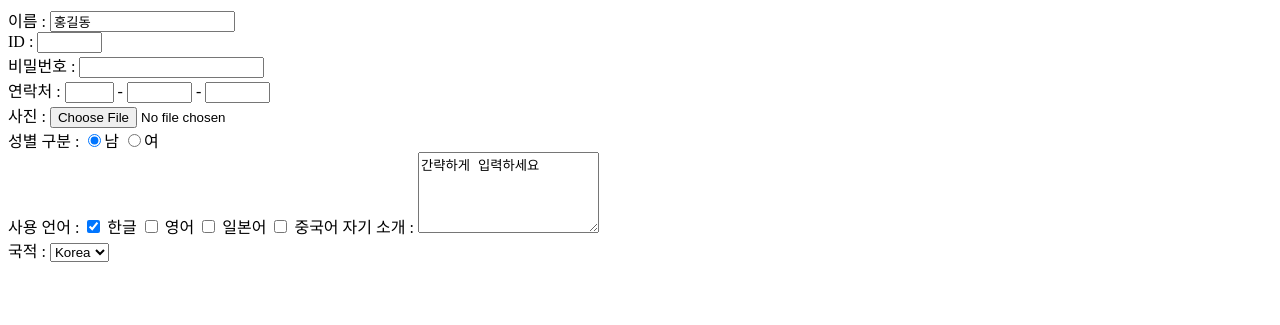
Repository: HyeogDo/Study_Java
Page: JSP/HTML/src/main/webapp/Lec07.html
The author's editor kept a copy of each file at every save. The page is drawn from the files as they stood at one save, then again after the next save.
The browser window is 1280 px wide. The pictures show the whole page.

Above is the page before, as saved 2022-03-15 05:18:35.

After the next save:
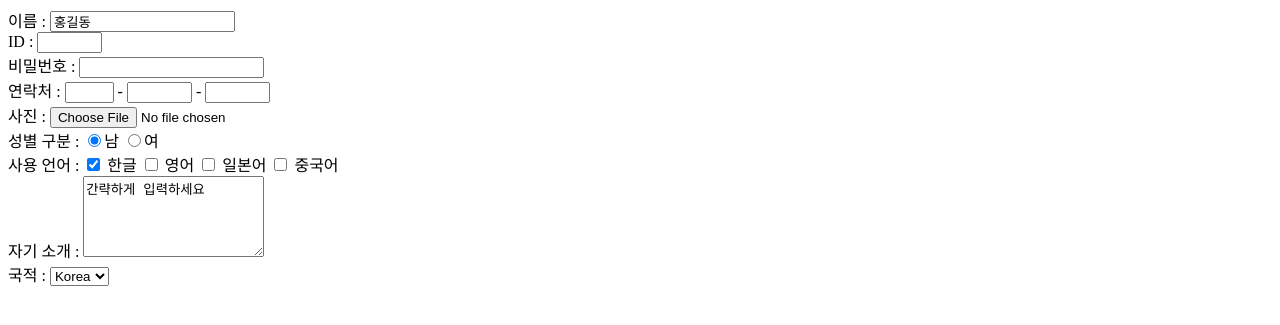
Saved 25 s later.
--- a/JSP/HTML/src/main/webapp/Lec07.html
+++ b/JSP/HTML/src/main/webapp/Lec07.html
@@ -17,7 +17,7 @@
 				<input type="checkbox" name = "lang" value="kor" checked="checked"> 한글
 				<input type="checkbox" name = "lang" value="eng" > 영어
 				<input type="checkbox" name = "lang" value="jpn" > 일본어
-				<input type="checkbox" name = "lang" value="chn" > 중국어
+				<input type="checkbox" name = "lang" value="chn" > 중국어<br>
 			자기 소개 :
 				<textarea rows="5" cols="20">간략하게 입력하세요</textarea><br>
 			국적 :
